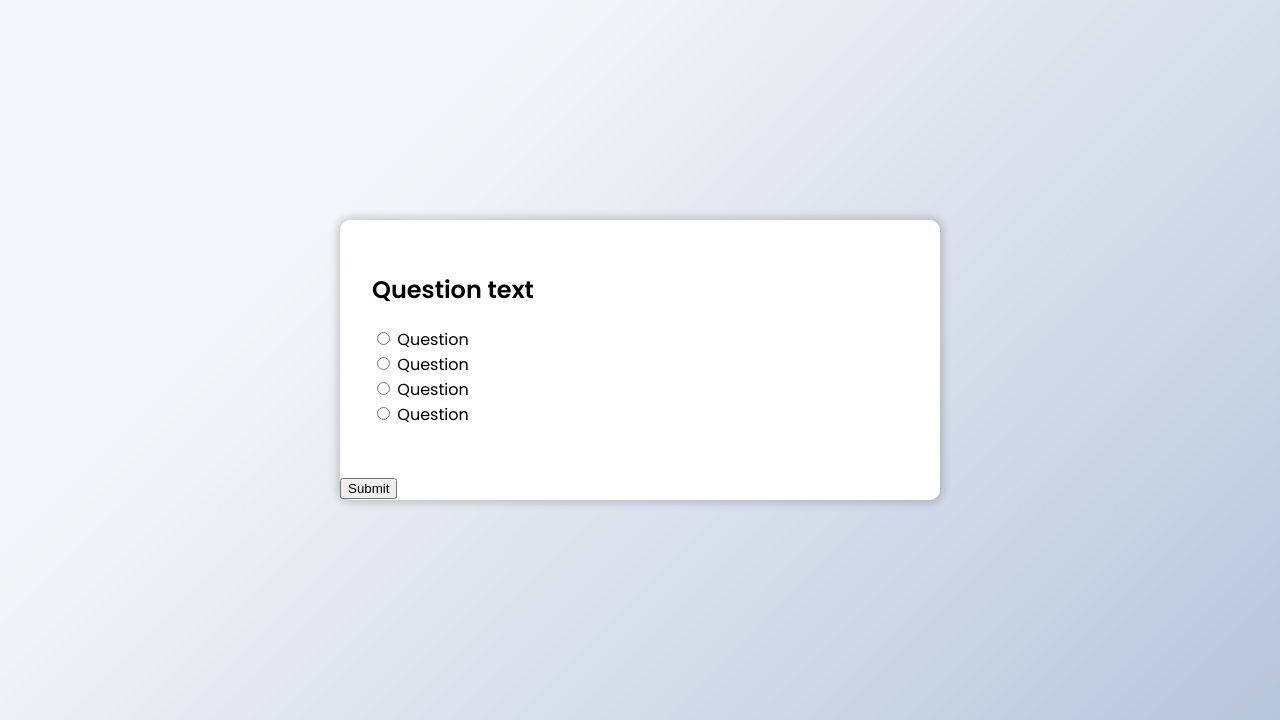
Repository: kate30980/projects-js-practice
Page: quiz-app/index.html
These files come from the project's save history. The page is drawn as it stood at one moment and after the next save; the edit follows.
The browser window is 1280 px wide. The pictures show the whole page.

Above is the page before, as saved 2021-09-05 22:02:17.

### quiz-app/index.html
<!DOCTYPE html>
<html lang="en">

<head>
    <meta charset="UTF-8" />
    <meta name="viewport" content="width=device-width, initial-scale=1.0" />
    <title>Title</title>
    <link rel="stylesheet" href="style.css" />
    <script src="script.js" defer></script>
</head>

<body>
    <div class="quiz-container">
        <div class="quiz-header">
            <h2>Question text</h2>
            <ul>
                <li>
                    <input type="radio" id="a" name="answer">
                    <label for="a">Question</label>
                </li>
                <li>
                    <input type="radio" id="b" name="answer">
                    <label for="b">Question</label>
                </li>
                <li>
                    <input type="radio" id="c" name="answer">
                    <label for="c">Question</label>
                </li>
                <li>
                    <input type="radio" id="d" name="answer">
                    <label for="d">Question</label>
                </li>
            </ul>
        </div>
        <button>Submit</button>
    </div>
</body>

</html>

### quiz-app/style.css
@import url("https://fonts.googleapis.com/css2?family=Poppins:wght@200;400;600&display=swap");

* {
    box-sizing: border-box;
}

body {
    background-color: #b8c6db;
    background-image: linear-gradient(315deg,#b8c6db, #f5f7fa 74%);
    font-family: "Poppins", sans-serif;
    margin: 0;
    min-height: 100vh;

    display: flex;
    align-items: center;
    justify-content: center;

}

.quiz-container{
    background-color: #fff;
    width: 400px;
    border-radius: 10px;
    box-shadow: rgba(0, 0, 0, 0.2) 0px 0 10px 2px;
    width: 600px;
    max-width: 100%;
}
.quiz-header{
    padding: 2rem;
}
ul{
    list-style-type: none;
    padding: 0;
}

### quiz-app/script.js
const quizData = [
  {
    question: "How old is Kate?",
    a: "10",
    b: "17",
    c: "21",
    d: "20",
    correct: "c",
  },
  {
    question: "What is the best programming language?",
    a: "Javascript",
    b: "Python",
    c: "C++",
    d: "PHP",
    correct: "a",
  },
  {
    question: "Who is the president of US?",
    a: "Kate Le",
    b: "Donald Trump",
    c: "Barack Obama",
    d: "Bill Clinton",
    correct: "a",
  },
  {
    question: "Kate is the best girl in the world",
    a: "Damn true",
    b: "This is a correct answer",
    c: "Aboslutely",
    d: "Dont need to ask this stupid question",
    correct: "a",
  },
  {
    question: "What year was Javascript launch",
    a: "2020",
    b: "2019",
    c: "1995",
    d: "None of the above",
    correct: "c",
  },
];

After the next save:
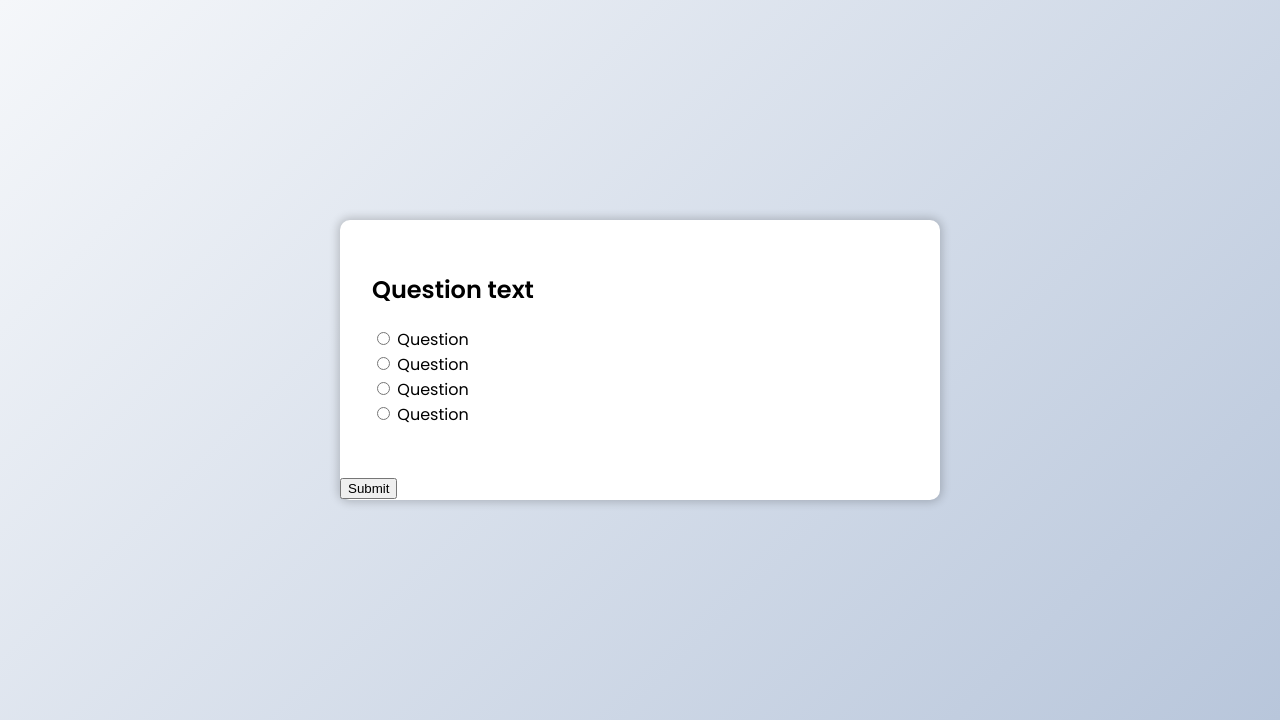
Saved 42 s later.
--- a/quiz-app/style.css
+++ b/quiz-app/style.css
@@ -6,7 +6,7 @@
 
 body {
     background-color: #b8c6db;
-    background-image: linear-gradient(315deg,#b8c6db, #f5f7fa 74%);
+    background-image: linear-gradient(315deg,#b8c6db, #f5f7fa 100%);
     font-family: "Poppins", sans-serif;
     margin: 0;
     min-height: 100vh;
